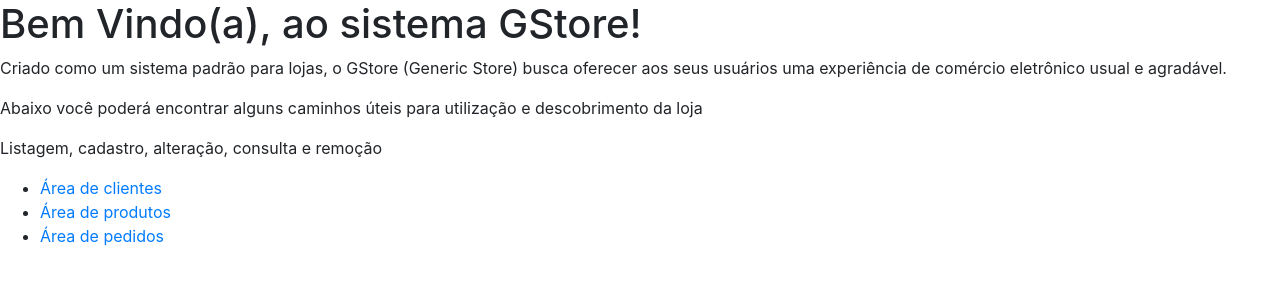
Repository: ElizeusRamos/gstore
Page: GStoreWorkspace/GStoreWeb/WebContent/index.html
These files come from the project's save history. The page is drawn as it stood at one moment and after the next save; the edit follows.
The browser window is 1280 px wide. The pictures show the whole page.

Above is the page before, as saved 2022-05-29 13:36:27.

After the next save:
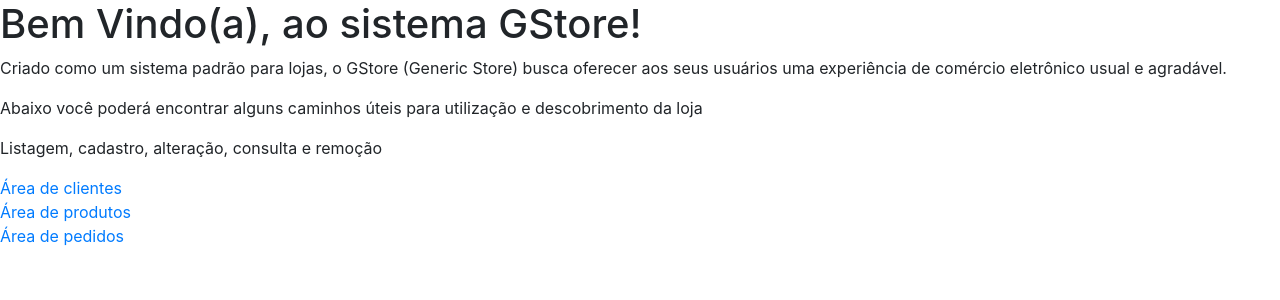
Saved 49 s later.
--- a/GStoreWorkspace/GStoreWeb/WebContent/index.html
+++ b/GStoreWorkspace/GStoreWeb/WebContent/index.html
@@ -21,7 +21,7 @@
 		</p>
 		<p>
 			Listagem, cadastro, alteração, consulta e remoção
-			<ul>
+			<ul class="list-group">
 				<li><a href="#">Área de clientes</a></li>
 				<li><a href="#">Área de produtos</a></li>
 				<li><a href="#">Área de pedidos</a></li>
